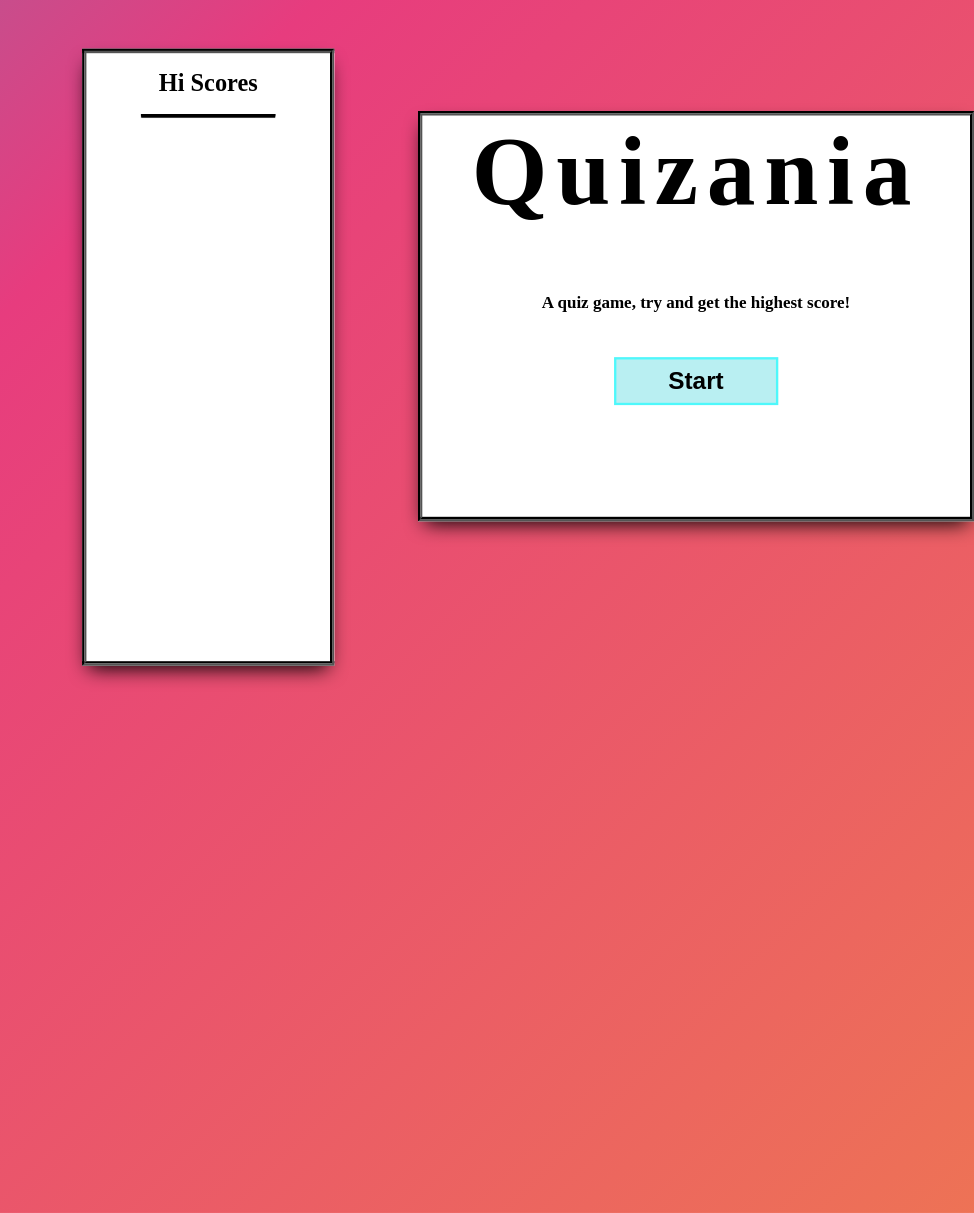
Repository: PatrickTheCodeGuy/QuizApp
Page: /newGame (app in quizapp/)
These files come from the project's save history. The page is drawn as it stood at one moment and after the next save; the edit follows.
The browser window is 1280 px wide. The page is 1282 px wide, so the pictures cover 1282 px, including what lies to the right of the window. The pictures show the whole page, at 76% of full size.
The pointer rests on the first visible `.button-start`.
The project was rebuilt for these pictures with package versions that can differ from the ones it lists, and the page was loaded fresh each time.

Above is the page before, as saved 2021-07-08 15:13:28.

### quizapp/src/index.css
body {
  margin: 0;
  font-family: -apple-system, BlinkMacSystemFont, 'Segoe UI', 'Roboto', 'Oxygen',
    'Ubuntu', 'Cantarell', 'Fira Sans', 'Droid Sans', 'Helvetica Neue',
    sans-serif;
  -webkit-font-smoothing: antialiased;
  -moz-osx-font-smoothing: grayscale;
  background: linear-gradient(-45deg, #ee7752, #e73c7e, #23a6d5, #23d5ab);
    background-size: 400% 400%;
    animation: gradient 15s ease infinite;
}

code {
  font-family: source-code-pro, Menlo, Monaco, Consolas, 'Courier New',
    monospace;
}
html, body, #app, #app>div {
  width: 100%;
  height:100%;
}

hr.rounded {
  border-top: 5px solid black;
    border-radius: 1px;
    width: 55%;
}

#root{
  display:flex;
}


@keyframes gradient {
    0% {
        background-position: 0% 50%;
    }
    50% {
        background-position: 100% 50%;
    }
    100% {
        background-position: 0% 50%;
    }
}

### quizapp/src/App.js
import logo from './logo.svg';
import './App.css';
import Leaderboard from './components/Leaderboard/Leaderboard';
import StartMenu from './components/StartMenu/StartMenu';


function App() {
  return (
    <div className="startMenu-container App">
          <div class="leaderboard-container">
            <Leaderboard/>
          </div>
          <div class="game-container">
            <StartMenu/>
          </div>
    </div>
  );
}

export default App;

### quizapp/src/App.css
.App {
  display:flex
}

.App-logo {
  height: 40vmin;
  pointer-events: none;
}

@media (prefers-reduced-motion: no-preference) {
  .App-logo {
    animation: App-logo-spin infinite 20s linear;
  }
}

.App-header {
  background-color: #282c34;
  min-height: 100vh;
  display: flex;
  flex-direction: column;
  align-items: center;
  justify-content: center;
  font-size: calc(10px + 2vmin);
  color: white;
}

.App-link {
  color: #61dafb;
}

@keyframes App-logo-spin {
  from {
    transform: rotate(0deg);
  }
  to {
    transform: rotate(360deg);
  }
}


.startMenu-container{
  display: flex;
  margin: 0 auto;
}

.leaderboard-container {
  width: 20em;
  border: 6px groove black;
  text-align: center;
  background-color: white;
  box-shadow: 0px 12px 25px -8px #000000;
  margin-top: 6%;
  height: 50em;
}

### quizapp/src/components/Leaderboard/Leaderboard.js
import React from 'react';
import './Leaderboard.css';

class Leaderboard extends React.Component {
    constructor(props){
        super(props)
        // TODO
        //state for people and scores here
    }

    render(){
        return (
            <div>
                <h1 class="hi-score-text"> Hi Scores</h1>
                <hr class="rounded"/>
            </div>
        )
    }
}

export default Leaderboard;

### quizapp/src/components/StartMenu/StartMenu.js
import React from 'react';
import './StartMenu.css';

class StartMenu extends React.Component {
    constructor(props){
        super(props);
        // TODO
        // determine if need logic here, may just need to be a functional component.
    }

    render(){
        return (
            <div class="menu-container">
                <h1 class="menu-text">Quizania</h1>
                <p class="regular-text">A quiz game, try and get the highest score!</p>
                <button class="button-start">Start</button>
            </div>
        )
    }
}

export default StartMenu;

### quizapp/src/components/Leaderboard/Leaderboard.css
.board-container{
    border: 6px groove black;
    text-align: center;
    background-color: white;
    box-shadow: 0px 12px 25px -8px #000000;
    width: 45em;
    height: 33em;
    margin: 20% 15%;
}

.hi-score-text {
    font-family: 'Pacifico', cursive !important;
}

### quizapp/src/components/StartMenu/StartMenu.css
.menu-text{
    font-family: 'Pacifico', cursive;
    font-size: 8em;
    letter-spacing: 0.09em;
    margin-top: 0%;
}

.regular-text{
    font-family:fantasy;
    font-weight:900;
    font-size: 1.4em;
}

.button-start{
    width: 30%;
    height: 12%;
    background: linear-gradient(-42deg, #ee7752, #e73c7e, #23a6d5, #23d5ab);
    background-size: 400% 400%;
    animation: gradient 13s ease infinite;
    margin-top: 5%;
    color: white;
    border: none;
    font-size: xx-large;
    font-weight: 600;
    transition: background-color 0.1s ease;
}

.button-start:hover{
    background: rgba(30, 204, 213, 0.311);
    color: black;
    border: 3px solid rgba(41, 251, 255, 0.743);
}

.button-start:active {
    box-shadow: 0 2px #666;
    border: 3px solid rgba(0, 0, 0, 0.564);
    background: white;
    width: 32%;
    color: rgb(43, 43, 43);
    transform: translateY(4px);
}

.menu-container{
    border: 6px groove black;
    text-align: center;
    background-color: white;
    box-shadow: 0px 12px 25px -8px #000000;
    width: 45em;
    height: 33em;
    margin: 20% 15%;
}

Loaded but not shown: quizapp/src/index.js (common file); quizapp/src/reportWebVitals.js (common file)

After the next save:
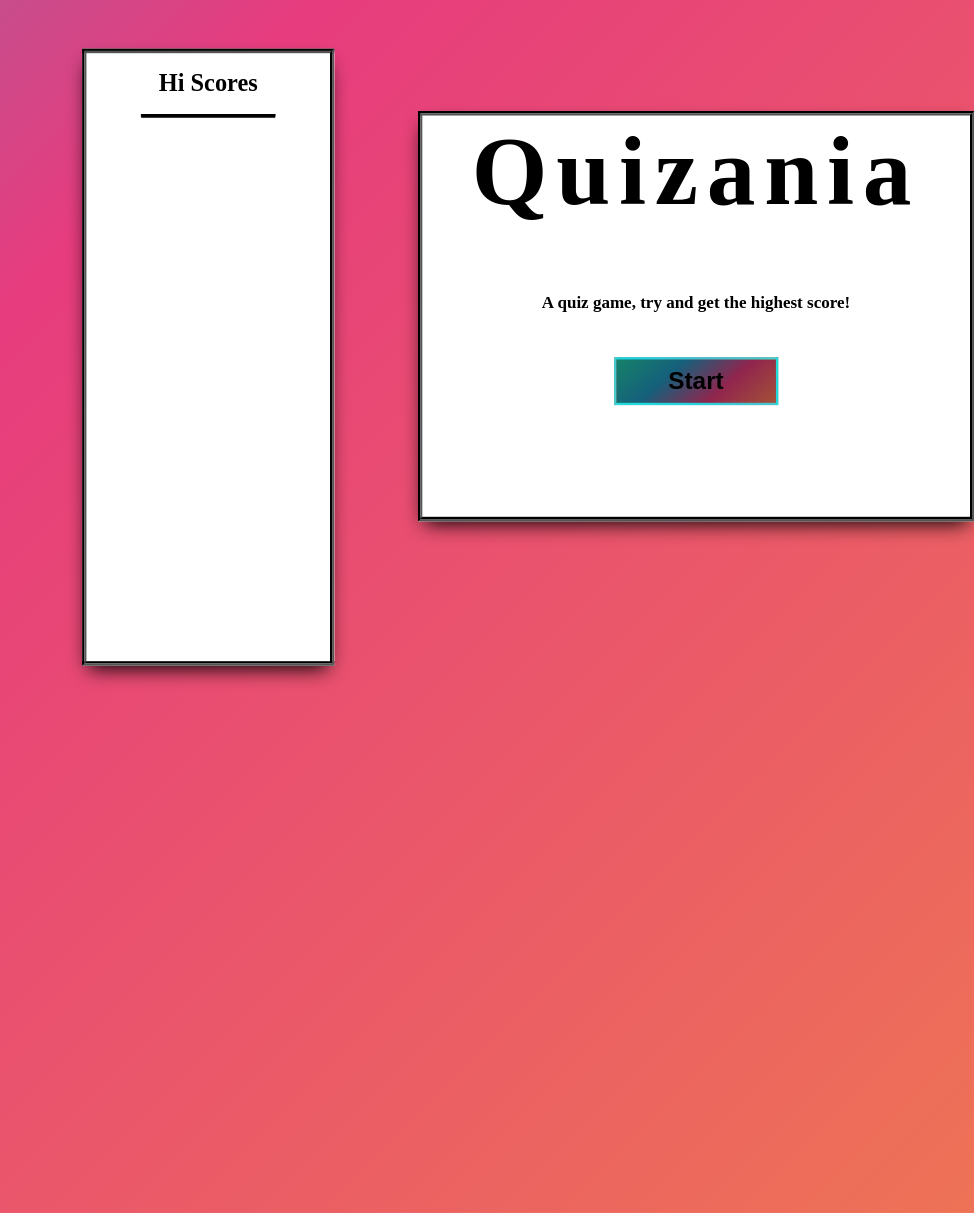
Saved 2 min 44 s later.
--- a/quizapp/src/components/StartMenu/StartMenu.css
+++ b/quizapp/src/components/StartMenu/StartMenu.css
@@ -26,7 +26,7 @@
 }
 
 .button-start:hover{
-    background: rgba(30, 204, 213, 0.311);
+    background: linear-gradient(-42deg, #a45137, #91254e, #15607b, #158268);
     color: black;
     border: 3px solid rgba(41, 251, 255, 0.743);
 }
